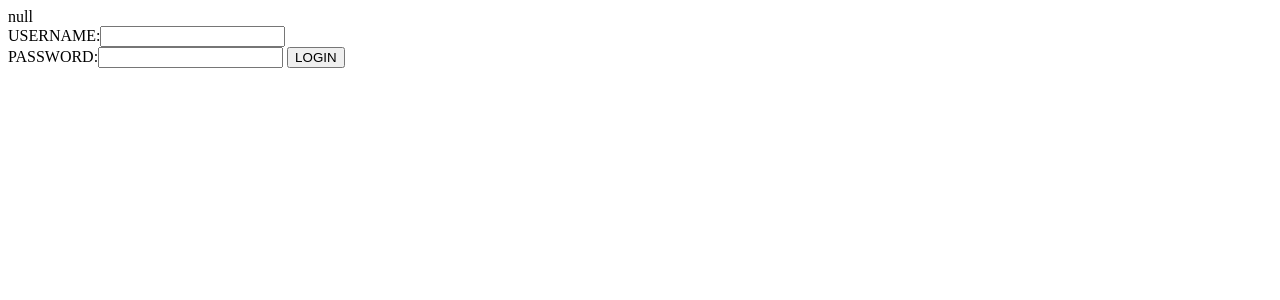
Repository: shivamsingh20449/CitiTraining
Page: http://localhost/MyApp/check
The author's editor kept a copy of each file at every save. The page is drawn from the files as they stood at one save, then again after the next save.
The browser window is 1280 px wide. The pictures show the whole page.
The page is served by Tomcat 9. Queries for data that is not in the repository find no rows.

Above is the page before, as saved 2018-08-16 10:33:19.

After the next save:
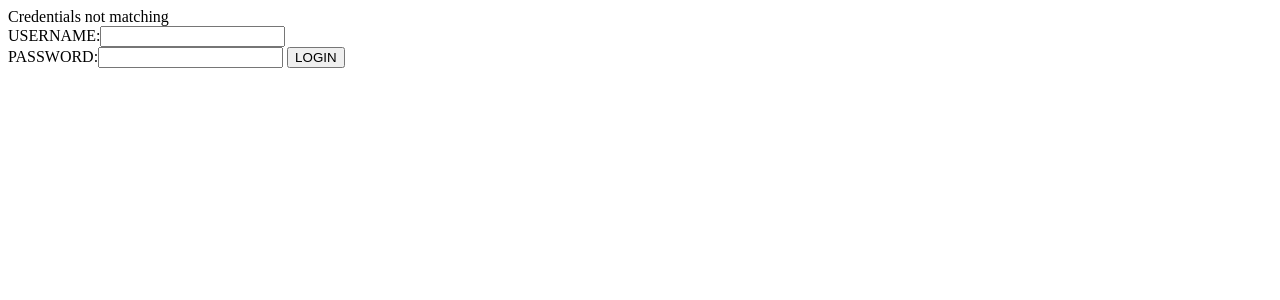
Saved 60 s later.
--- a/MyApp/src/com/servlet/LoginServlet.java
+++ b/MyApp/src/com/servlet/LoginServlet.java
@@ -61,7 +61,7 @@ public class LoginServlet extends HttpServlet {
 		}
 
 		else
-		{
+		{	request.setAttribute("message", "Credentials not matching");
 			RequestDispatcher dispatcher = request.getRequestDispatcher("login.jsp");
 			dispatcher.forward(request, response);
 		}
